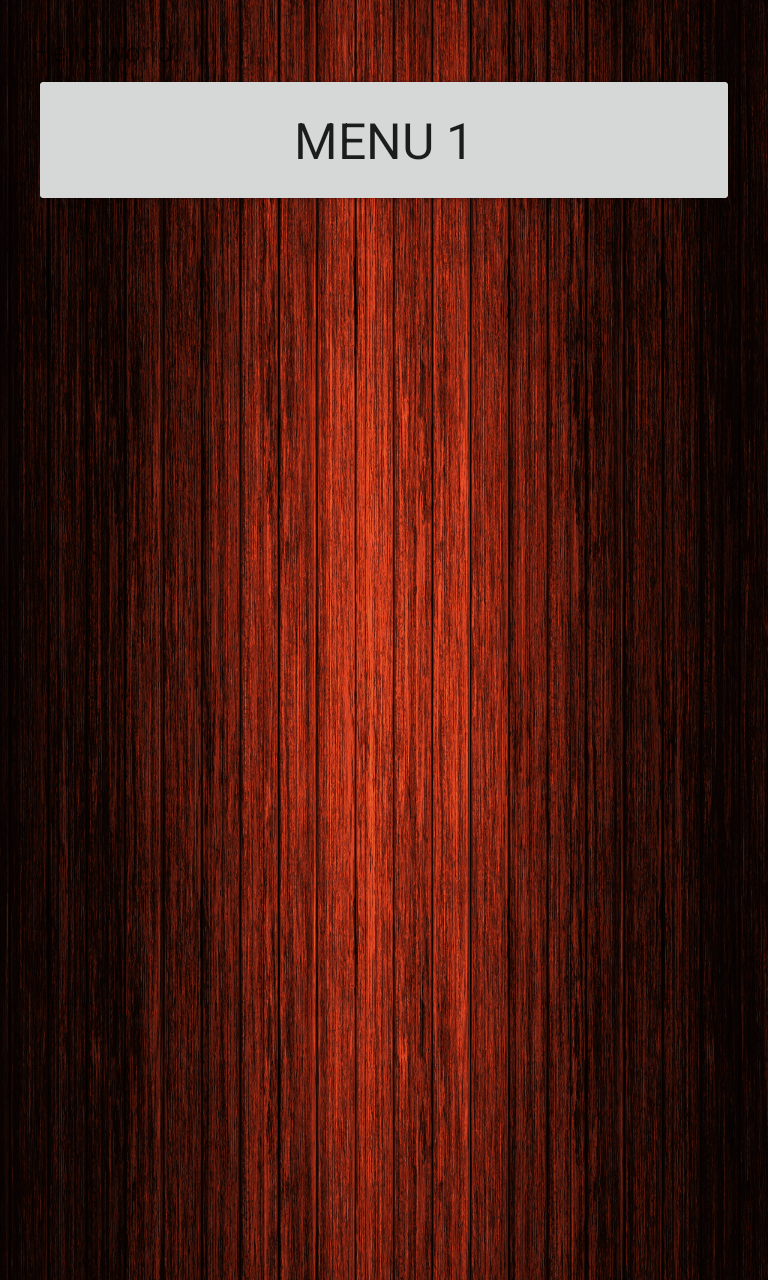
Repository: Hedlundaren/androidmenu
Layout: startmenu/res/layout/activity_main.xml
These files come from the project's save history. The layout is drawn as it stood at one moment and after the next save; the edit follows.
It is drawn on a 768 x 1280 px phone screen (xhdpi) without system bars, with theme AppTheme; the app's code is not run.

Above is the layout before, as saved 2014-11-05 18:32:19.

### startmenu/res/layout/activity_main.xml
<RelativeLayout xmlns:android="http://schemas.android.com/apk/res/android"
    xmlns:tools="http://schemas.android.com/tools"
    android:layout_width="match_parent"
    android:layout_height="match_parent"
    android:background="@drawable/redwall"
    android:paddingBottom="@dimen/activity_vertical_margin"
    android:paddingLeft="@dimen/activity_horizontal_margin"
    android:paddingRight="@dimen/activity_horizontal_margin"
    android:paddingTop="@dimen/activity_vertical_margin"
    tools:context="com.example.startmenu.MainActivity" >

    <TextView
        android:id="@+id/textView1"
        android:layout_width="wrap_content"
        android:layout_height="wrap_content"
        android:text="@string/hello_world" />

    <Button
        android:id="@+id/menu1"
        android:layout_width="wrap_content"
        android:layout_height="70dp"
        android:layout_alignLeft="@+id/textView1"
        android:layout_alignParentRight="true"
        android:layout_below="@+id/textView1"
        android:text="MENU 1"
        android:textSize="25dp"
        android:typeface="sans" />

    <Button
        android:id="@+id/menu2"
        android:layout_width="wrap_content"
        android:layout_height="70dp"
        android:layout_alignLeft="@+id/textView1"
        android:layout_alignParentRight="true"
        android:layout_below="@+id/textView1"
        android:text="MENU 1"
        android:textSize="25dp"
        android:typeface="sans" />

</RelativeLayout>

### startmenu/res/values/strings.xml
<?xml version="1.0" encoding="utf-8"?>
<resources>

    <string name="app_name">startmenu</string>
    <string name="hello_world">Hello world!</string>
    <string name="action_settings">Settings</string>

</resources>

Loaded but not shown: startmenu/res/values/styles.xml (common file); startmenu/res/values-v11/styles.xml (common file); startmenu/res/values-v14/styles.xml (common file); startmenu/res/values/dimens.xml (common file); startmenu/res/values-w820dp/dimens.xml (common file)

After the next save:
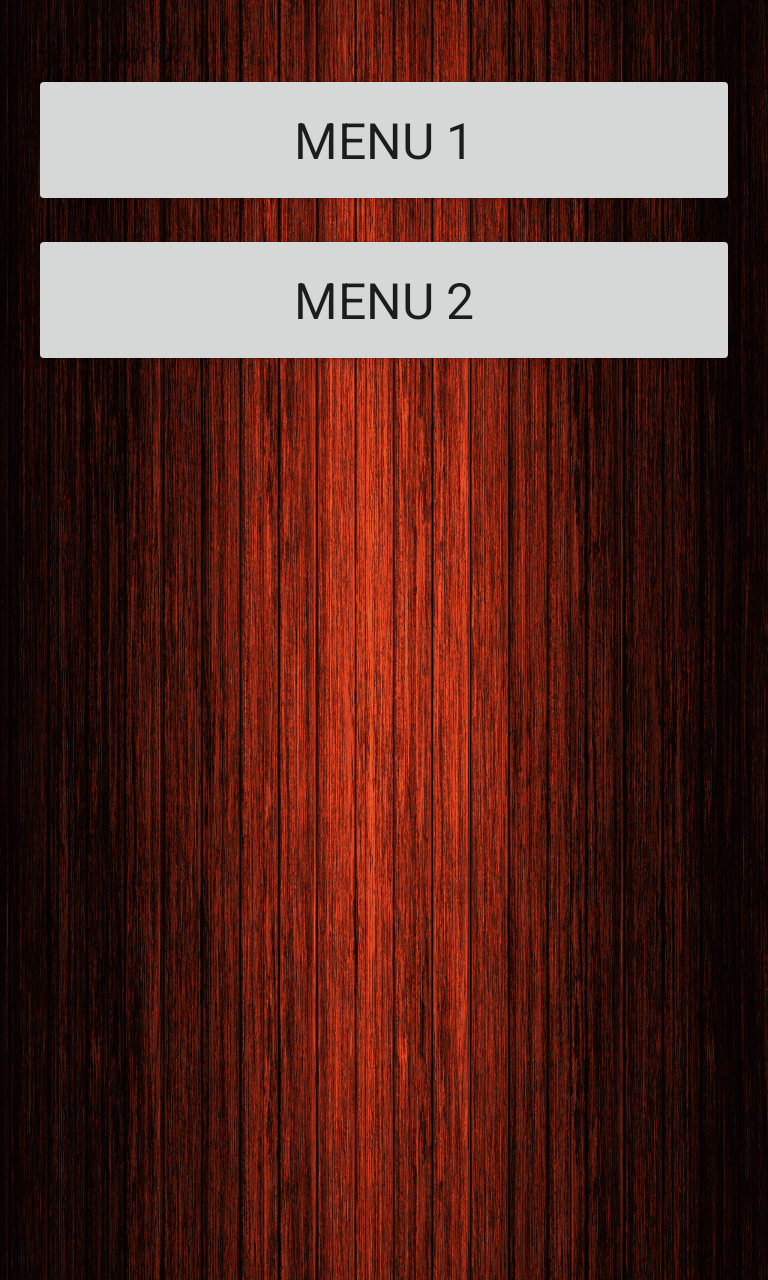
Saved 38 s later.
--- a/startmenu/res/layout/activity_main.xml
+++ b/startmenu/res/layout/activity_main.xml
@@ -31,9 +31,10 @@
         android:layout_width="wrap_content"
         android:layout_height="70dp"
         android:layout_alignLeft="@+id/textView1"
-        android:layout_alignParentRight="true"
+        android:layout_alignRight="@+id/menu1"
         android:layout_below="@+id/textView1"
-        android:text="MENU 1"
+        android:layout_marginTop="80dp"
+        android:text="MENU 2"
         android:textSize="25dp"
         android:typeface="sans" />
 
